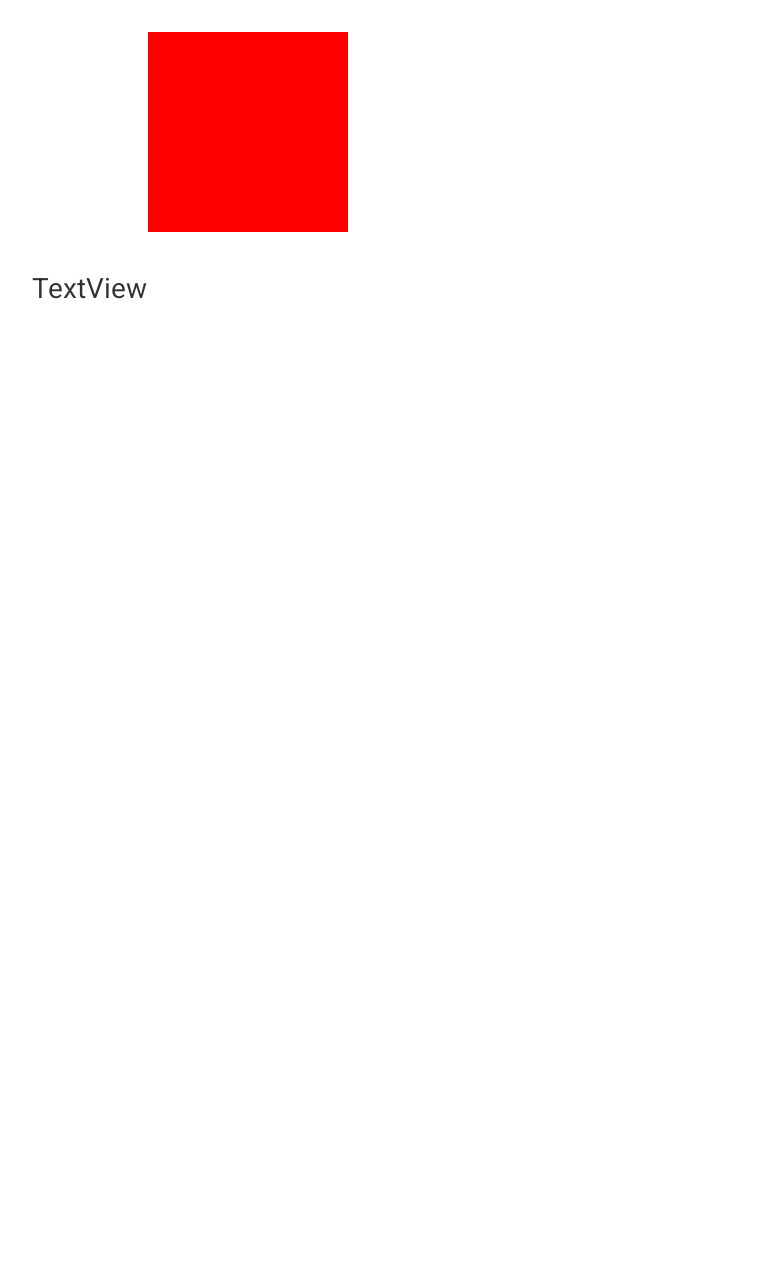
Repository: milosz90/pracaMagisterska
Layout: magisterka/res/layout/activity_inventory.xml
An editor plug-in stored every save of this project. The layout is shown before and after the next save, followed by the edit.
It is drawn on a 768 x 1280 px phone screen (xhdpi) without system bars, with theme AppTheme; the app's code is not run.

Above is the layout before, as saved 2015-05-06 09:36:00.

After the next save:
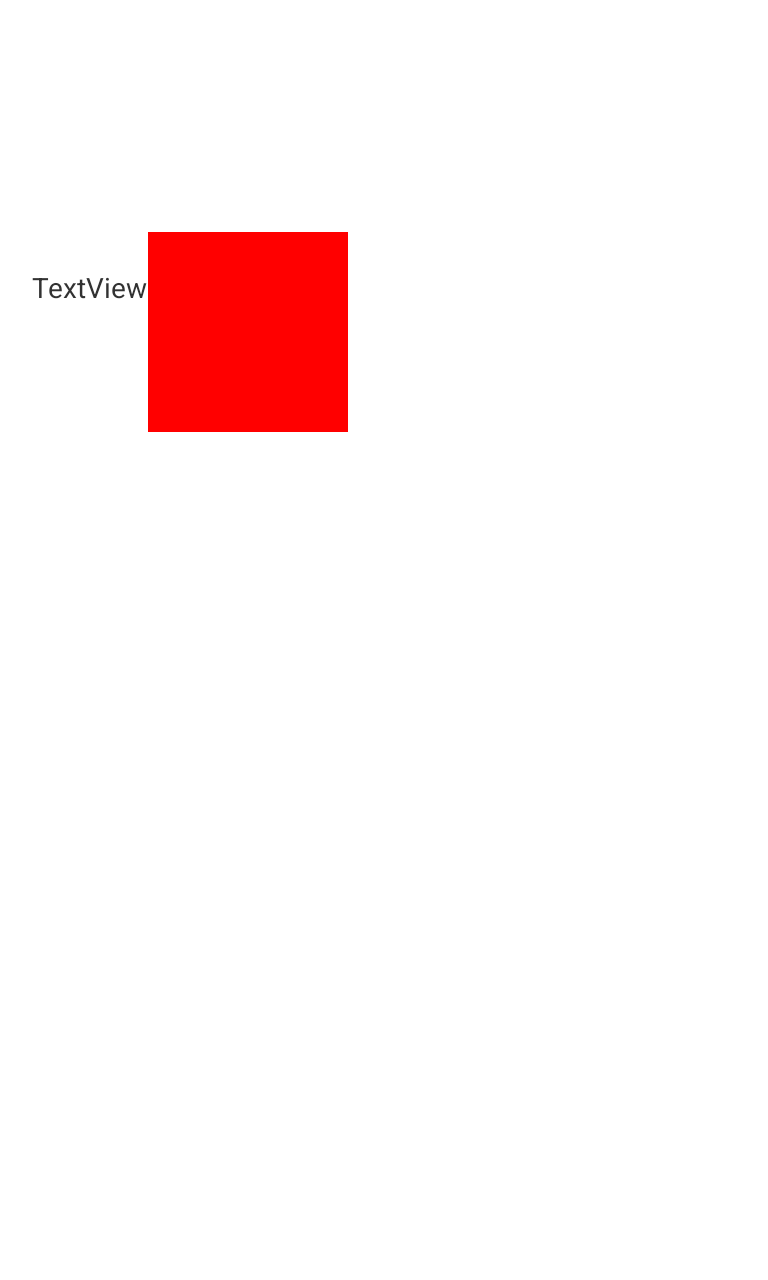
Saved 34 s later.
--- a/magisterka/res/layout/activity_inventory.xml
+++ b/magisterka/res/layout/activity_inventory.xml
@@ -29,9 +29,8 @@
         android:id="@+id/tableItems"
         android:layout_width="100dp"
         android:layout_height="100dp"
-        android:layout_alignTop="@+id/items"
         android:layout_marginLeft="58dp"
-        android:layout_toRightOf="@+id/items"
+        android:layout_marginTop = "100dp"
         android:background="@color/Red" >
     </TableLayout>
 
